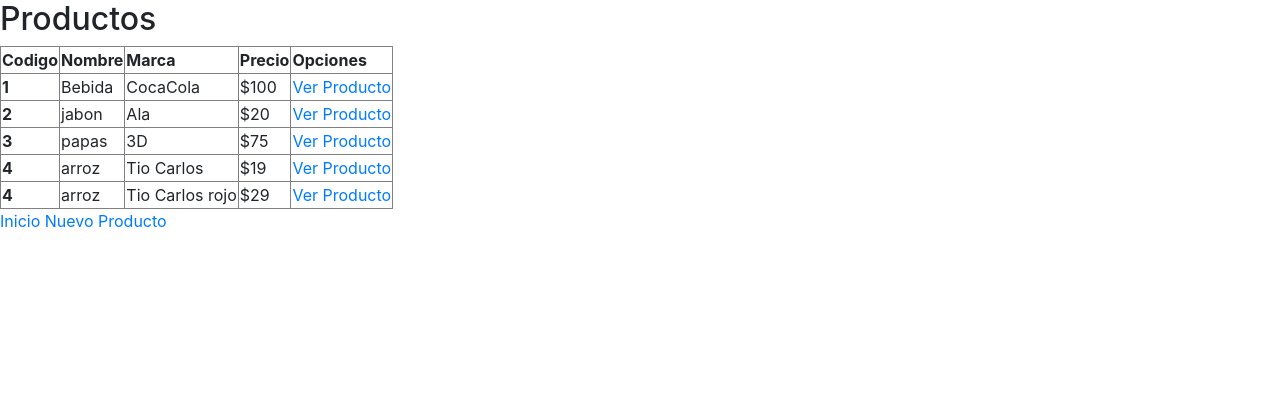
Repository: Alemartinez97/New-Repository
Page: programacion-3/tp4/producto.html
An editor plug-in stored every save of this project. The page is shown before and after the next save, followed by the edit.
The browser window is 1280 px wide. The pictures show the whole page.

Above is the page before, as saved 2020-06-11 14:53:20.

### programacion-3/tp4/producto.html
<!DOCTYPE html>
<html lang="en">
<head>
    <meta charset="UTF-8">
    <meta name="viewport" content="width=device-width, initial-scale=1.0">
    <title>Document</title>
    <link rel="stylesheet" href="https://stackpath.bootstrapcdn.com/bootstrap/4.5.0/css/bootstrap.min.css" integrity="sha384-9aIt2nRpC12Uk9gS9baDl411NQApFmC26EwAOH8WgZl5MYYxFfc+NcPb1dKGj7Sk" crossorigin="anonymous">
</head>
<body>
    <table border="1">
        <h2>Productos</h2>
        <tbody>
          <tr>
            <th>Codigo</th>
            <th>Nombre</th>
            <th>Marca</th>
            <th>Precio</th>
            <th>Opciones</th>
          </tr>
          <tr>
            <th>1</th>
            <td>Bebida</td>
            <td>CocaCola</td>
            <td>$100</td>
            <td><a href="verProducto.html">Ver Producto</a></td>
          </tr>
          <tr>
            <th>2</th>
            <td>jabon</td>
            <td>Ala</td>
            <td>$20</td>
            <td><a href="verProducto.html">Ver Producto</a></td>
          </tr>
          <tr>
            <th>3</th>
            <td>papas</td>
            <td>3D</td>
            <td>$75</td>
            <td><a href="verProducto.html">Ver Producto</a></td>
          </tr>
          <tr>
            <th>4</th>
            <td>arroz</td>
            <td>Tio Carlos</td>
            <td>$19</td>
            <td><a href="verProducto.html">Ver Producto</a></td>
          </tr>
          <tr>
            <th>4</th>
            <td>arroz</td>
            <td>Tio Carlos rojo</td>
            <td>$29</td>
            <td><a href="verProducto.html">Ver Producto</a></td>
          </tr>
        </tbody>
      </table>
      <a href="index.html">Inicio</a>
      <a href="formProducto.html">Nuevo Producto</a>
</body>
</html>

After the next save:
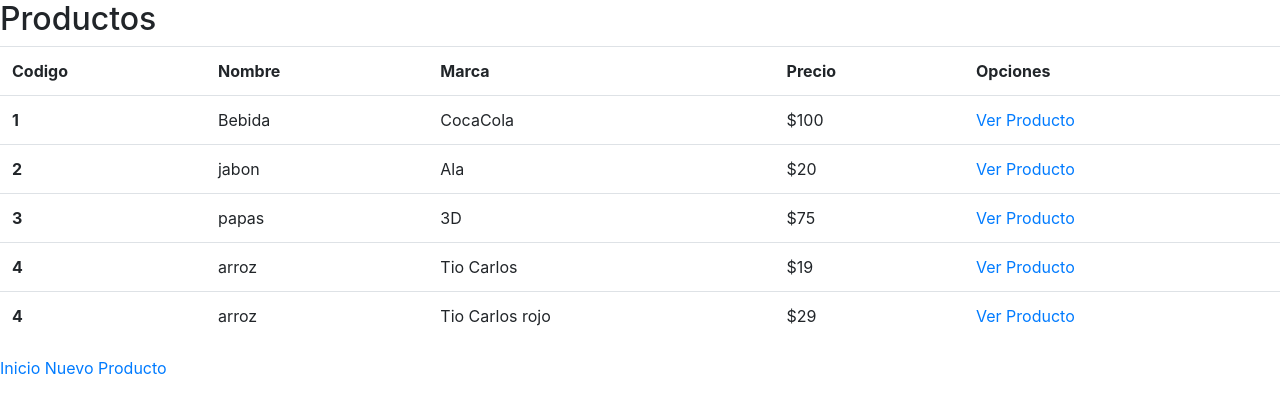
Saved 82 s later.
--- a/programacion-3/tp4/producto.html
+++ b/programacion-3/tp4/producto.html
@@ -7,7 +7,7 @@
     <link rel="stylesheet" href="https://stackpath.bootstrapcdn.com/bootstrap/4.5.0/css/bootstrap.min.css" integrity="sha384-9aIt2nRpC12Uk9gS9baDl411NQApFmC26EwAOH8WgZl5MYYxFfc+NcPb1dKGj7Sk" crossorigin="anonymous">
 </head>
 <body>
-    <table border="1">
+    <table class="table">
         <h2>Productos</h2>
         <tbody>
           <tr>
